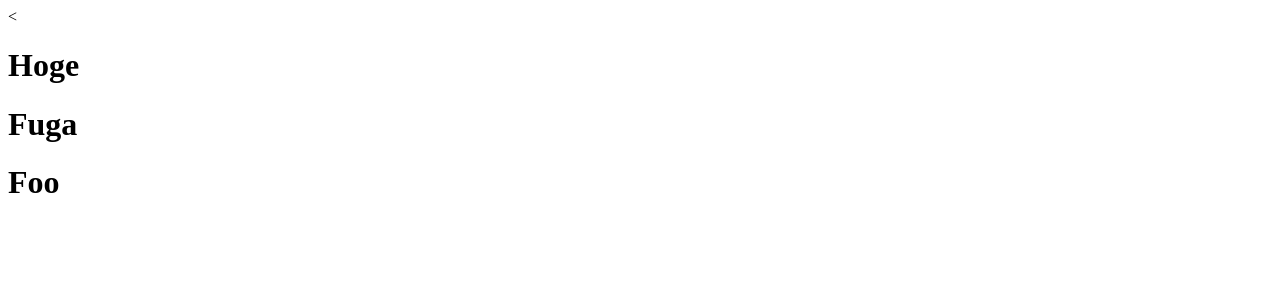
Repository: HeshaRI123/samurai_HTML-CSS
Page: test/test.html
The author's editor kept a record of every edit. The page is drawn from the files as they stood at one moment, then again after the next edit.
The browser window is 1280 px wide. The pictures show the whole page.

Above is the page before.

After the next edit:
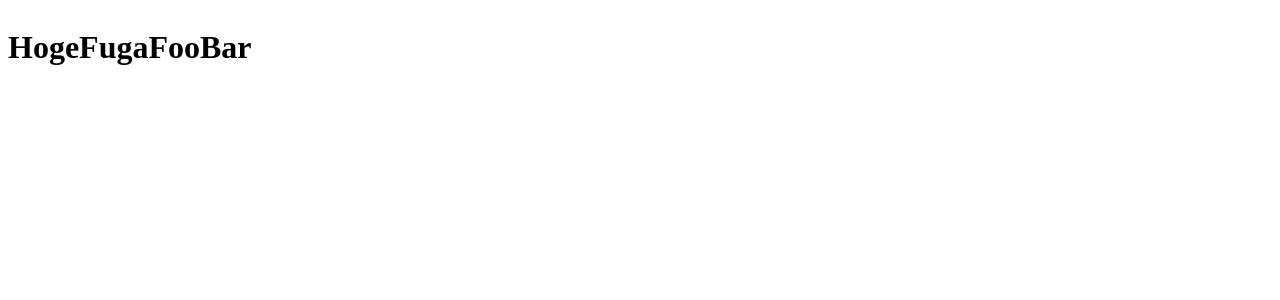
The edit:
--- a/test/test.html
+++ b/test/test.html
@@ -1,19 +1,19 @@
-<<!DOCTYPE html>
-<html lang="en">
-<head>
-    <meta charset="UTF-8">
-    <meta name="viewport" content="width=device-width, initial-scale=1.0">
-    <meta http-equiv="X-UA-Compatible" content="ie=edge">
-    <title>Document</title>
-    <style>
-        h1:first-child {
-            background-color: red;
-        }
-    </style>
-</head>
-<body>
-    <h1>Hoge</h1>
-    <h1>Fuga</h1>
-    <h1>Foo</h1>
-</body>
+<!DOCTYPE html>
+<html lang="ja">
+    <head>
+        <style>
+            #stretch {
+                display: flex;
+                align-content: stretch;
+            }
+        </style>
+    </head>
+    <body>
+        <div id="stretch">
+            <h1>Hoge</h1>
+            <h1>Fuga</h1>
+            <h1>Foo</h1>
+            <h1>Bar</h1>
+        </div>
+    </body>
 </html>
